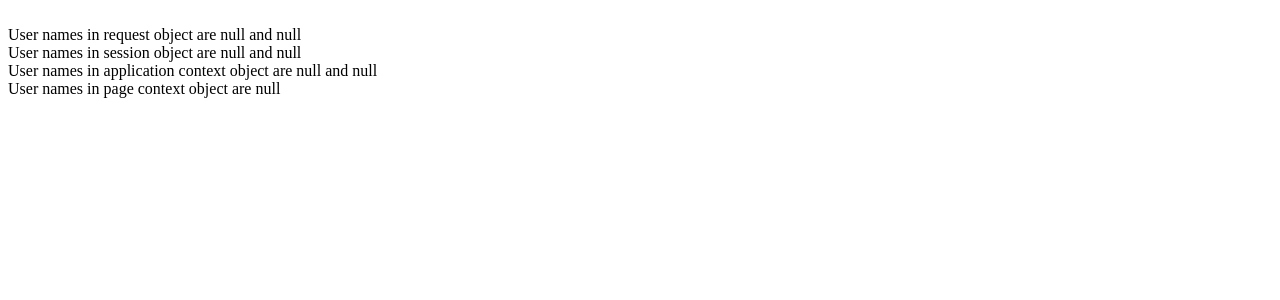
Repository: somakbha/CodeBackUP
Page: http://localhost/SimpleServletProject/objects.jsp
These files come from the project's save history. The page is drawn as it stood at one moment and after the next save; the edit follows.
The browser window is 1280 px wide. The pictures show the whole page.
The page is served by Tomcat 9.

Above is the page before, as saved 2019-06-15 16:15:26.

After the next save:
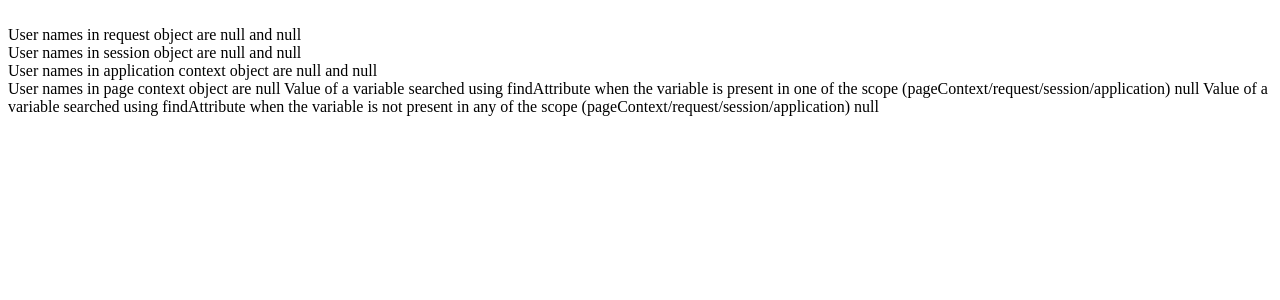
Saved 4 min 18 s later.
--- a/JSP-Servlet-by-java-brains/SimpleServletProject/WebContent/objects.jsp
+++ b/JSP-Servlet-by-java-brains/SimpleServletProject/WebContent/objects.jsp
@@ -48,5 +48,10 @@ User names in application context object are  <%= application.getAttribute("cont
 User names in page context object are  <%= pageContext.getAttribute("pagecontext-username")%>
 
 
+Value of a variable searched using findAttribute when the variable is present in one of the scope (pageContext/request/session/application) <%=pageContext.findAttribute("session-username") %>
+
+Value of a variable searched using findAttribute when the variable is not present in any of the scope (pageContext/request/session/application) <%=pageContext.findAttribute("invalid-user-name") %>
+
+
 </body>
 </html>
